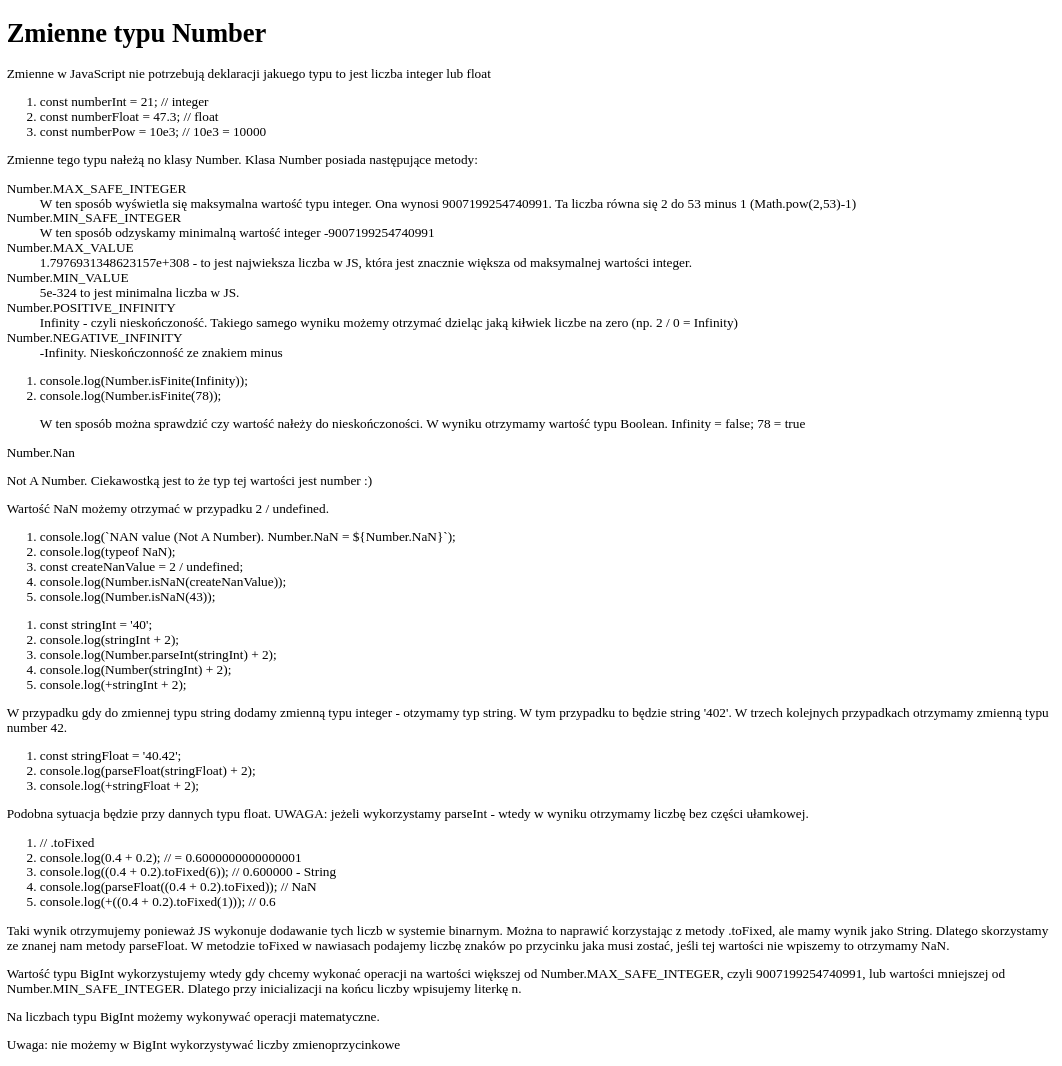
Repository: romanstetsiuk1/JS_learn
Page: number.html
These files come from the project's save history. The page is drawn as it stood at one moment and after the next save; the edit follows.
The browser window is 1280 px wide. The pictures show the whole page, at 83% of full size.

Above is the page before, as saved 2020-08-14 11:14:32.

After the next save:
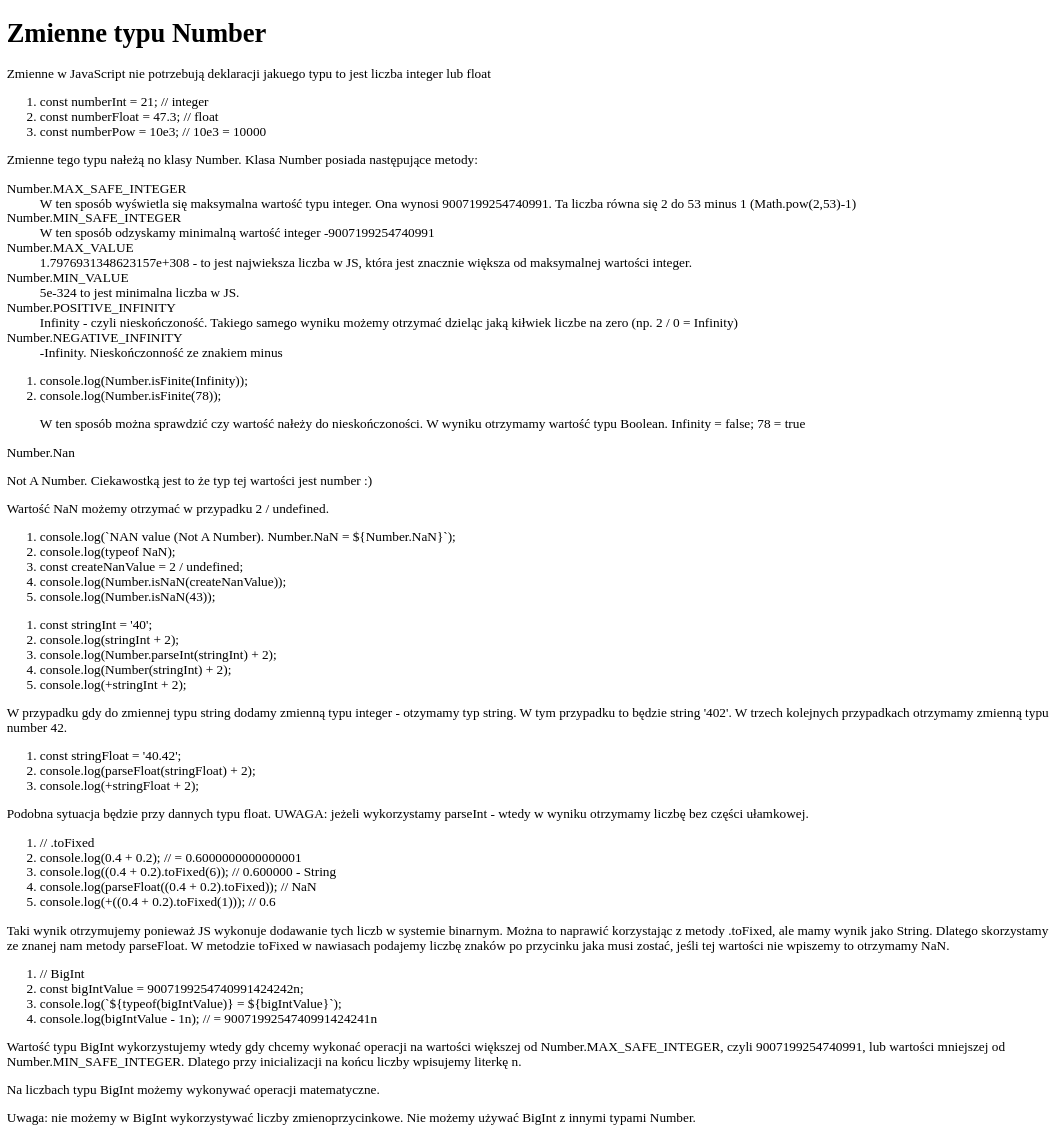
Saved 5 min 37 s later.
--- a/number.html
+++ b/number.html
@@ -123,13 +123,20 @@
 
     <article>
       <div class="vsCode">
-
+        <ol>
+          <li>// BigInt</li>
+          <li>const bigIntValue = 9007199254740991424242n;</li>
+          <li>console.log(`${typeof(bigIntValue)} = ${bigIntValue}`);</li>
+          <li>console.log(bigIntValue - 1n);    // = 9007199254740991424241n</li>
+        </ol>
       </div>
       <p>Wartość typu BigInt wykorzystujemy wtedy gdy chcemy wykonać operacji na wartości większej
       od Number.MAX_SAFE_INTEGER, czyli 9007199254740991, lub wartości mniejszej od Number.MIN_SAFE_INTEGER.
       Dlatego przy inicializacji na końcu liczby wpisujemy literkę n.</p>
       <p>Na liczbach typu BigInt możemy wykonywać operacji matematyczne.</p>
-      <p>Uwaga: nie możemy w BigInt wykorzystywać liczby zmienoprzycinkowe</p>
+      <p>Uwaga: nie możemy w BigInt wykorzystywać liczby zmienoprzycinkowe. Nie
+        możemy używać BigInt z innymi typami Number.
+      </p>
     </article>
 
 
